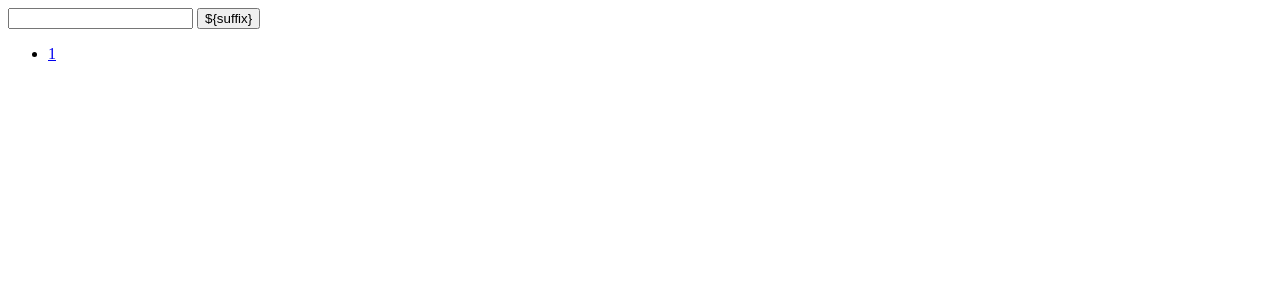
Repository: Ischca/ischca.github.io
Page: src/components/num-selector.html
The author's editor kept a copy of each file at every save. The page is drawn from the files as they stood at one save, then again after the next save.
The browser window is 1280 px wide. The pictures show the whole page.

Above is the page before, as saved 2020-10-02 14:51:56.

### src/components/num-selector.html
<div class="input-group mb-3">
    <input type="number" class="form-control" min.bind="min" max.bind="max" value.bind="num">
    <button class="btn btn-outline-secondary dropdown-toggle" type="button" data-toggle="dropdown"
        aria-expanded="false">${suffix}</button>
    <ul class="dropdown-menu dropdown-menu-right">
        <li><a class="dropdown-item" href="#">1</a></li>
    </ul>
</div>

After the next save:
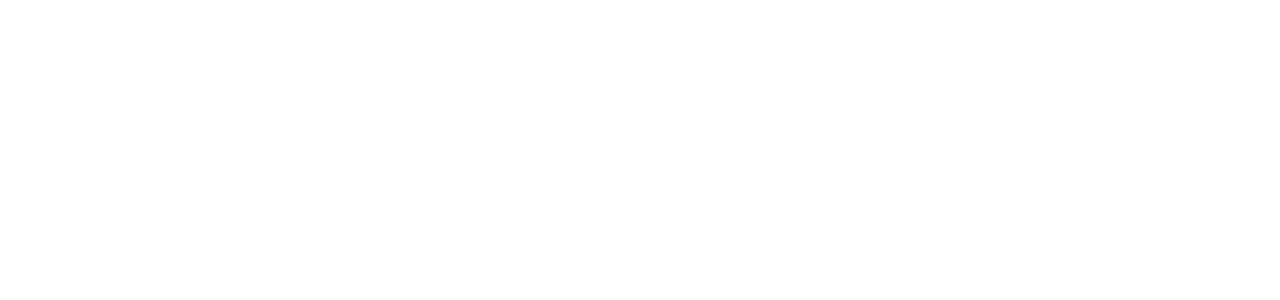
Saved 4 min 30 s later.
--- a/src/components/num-selector.html
+++ b/src/components/num-selector.html
@@ -1,8 +1,3 @@
 <div class="input-group mb-3">
-    <input type="number" class="form-control" min.bind="min" max.bind="max" value.bind="num">
-    <button class="btn btn-outline-secondary dropdown-toggle" type="button" data-toggle="dropdown"
-        aria-expanded="false">${suffix}</button>
-    <ul class="dropdown-menu dropdown-menu-right">
-        <li><a class="dropdown-item" href="#">1</a></li>
-    </ul>
+
 </div>

After the save that followed:
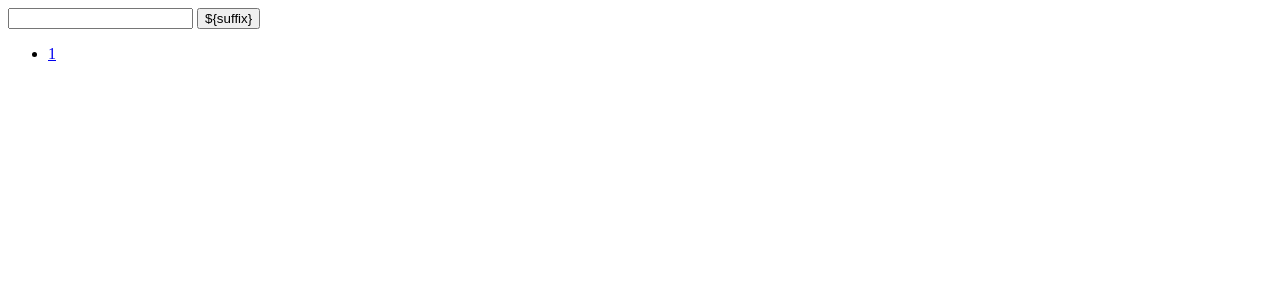
Saved 6 s later.
--- a/src/components/num-selector.html
+++ b/src/components/num-selector.html
@@ -1,3 +1,8 @@
 <div class="input-group mb-3">
-
+    <input type="number" class="form-control" min.bind="min" max.bind="max" value.bind="num">
+    <button class="btn btn-outline-secondary dropdown-toggle" type="button" data-toggle="dropdown"
+        aria-expanded="false">${suffix}</button>
+    <ul class="dropdown-menu dropdown-menu-right">
+        <li><a class="dropdown-item" href="#">1</a></li>
+    </ul>
 </div>
